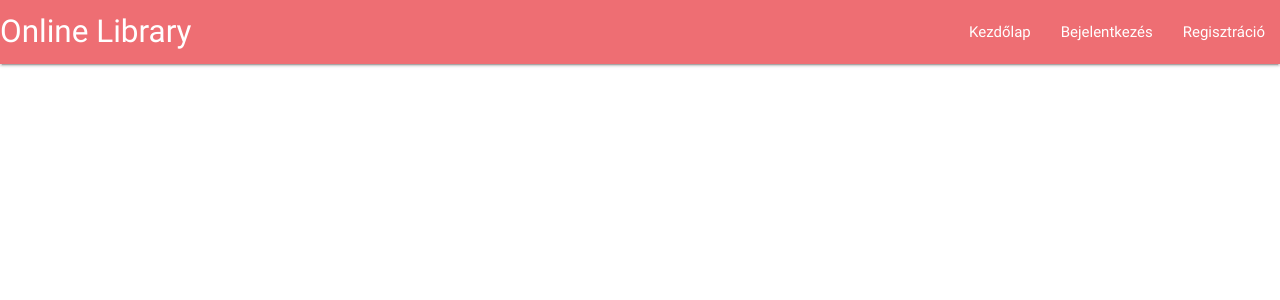
Repository: molnartimi/JavaWeb
Page: http://localhost/OnlineLibrary/
These files come from the project's save history. The page is drawn as it stood at one moment and after the next save; the edit follows.
The browser window is 1280 px wide. The pictures show the whole page.
Some web libraries are served in a nearby version. The page is served by Tomcat 9.

Above is the page before, as saved 2017-04-26 20:21:12.

After the next save:
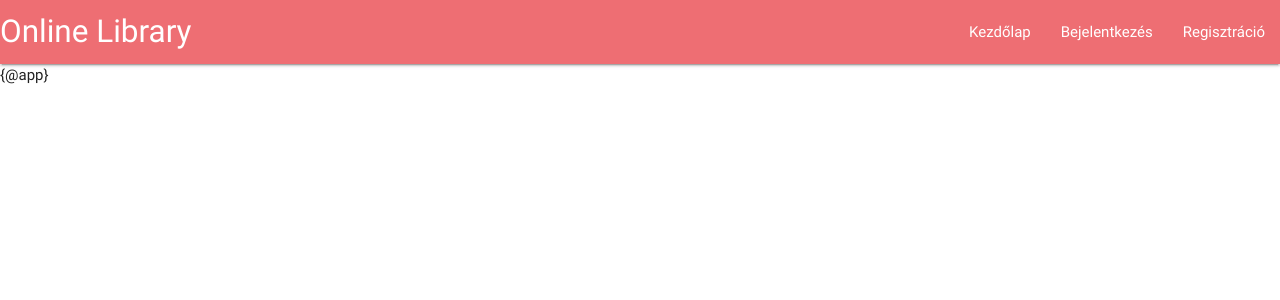
Saved 6 min 10 s later.
--- a/OnlineLibrary/WebContent/index.jsp
+++ b/OnlineLibrary/WebContent/index.jsp
@@ -23,6 +23,8 @@
 		      </ul>
 		    </div>
 		</nav>
-
+		<div>
+			{@app}
+		</div>
 	</body>
 </html>
